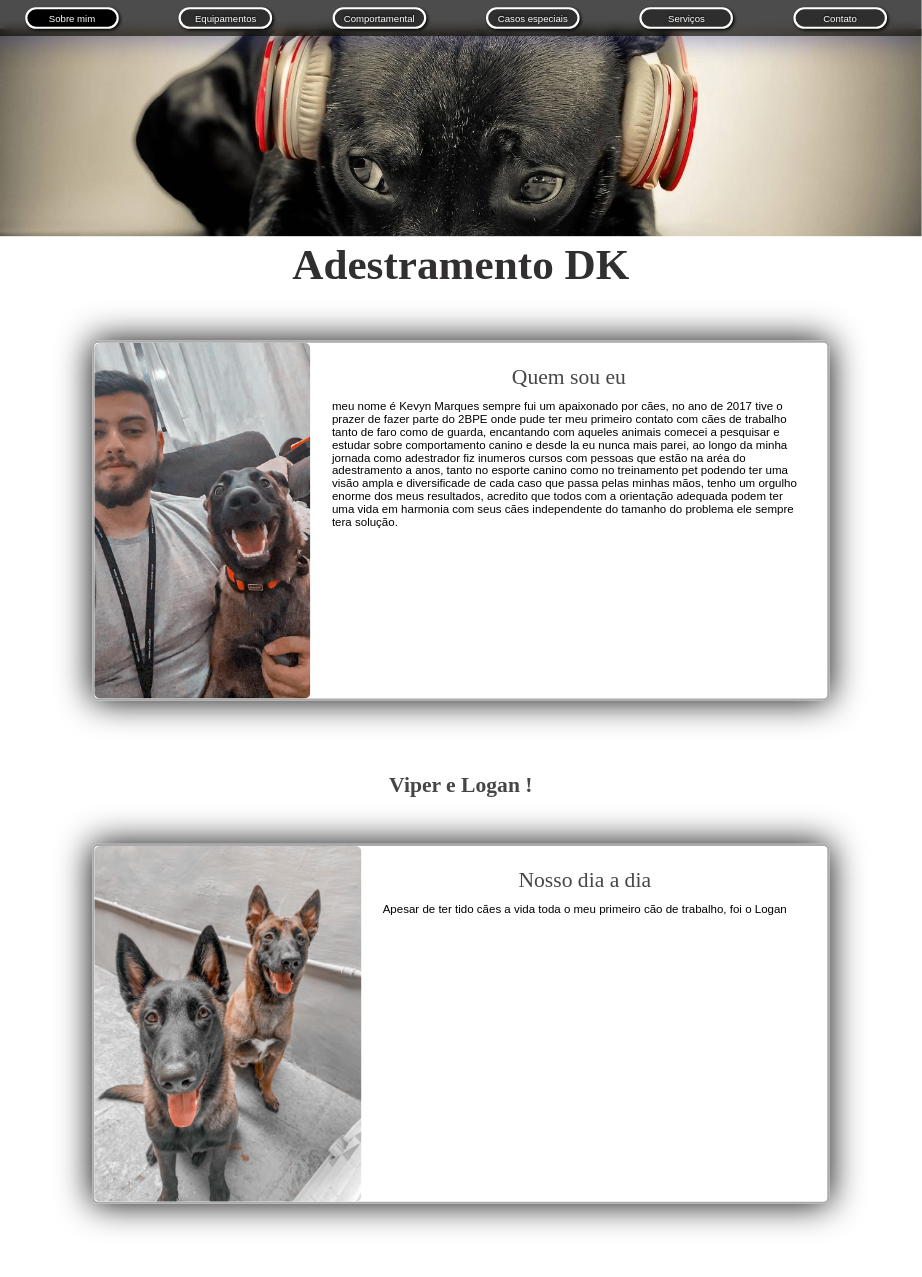
Repository: KevynMarques/Blog-React-StyledComponent
Page: /
These files come from the project's save history. The page is drawn as it stood at one moment and after the next save; the edit follows.
The browser window is 1280 px wide. The pictures show the whole page, at 72% of full size.
The project was rebuilt for these pictures with package versions that can differ from the ones it lists, and the page was loaded fresh each time. Also part of the build but not shown: src/Components/Equipamentos/index.jsx, src/Components/Comportamental/index.jsx, src/Components/Clientes/index.jsx, src/Components/Serviços/index.jsx, src/Components/Contato/index.jsx.

Above is the page before, as saved 2022-02-21 12:00:32.

After the next save:
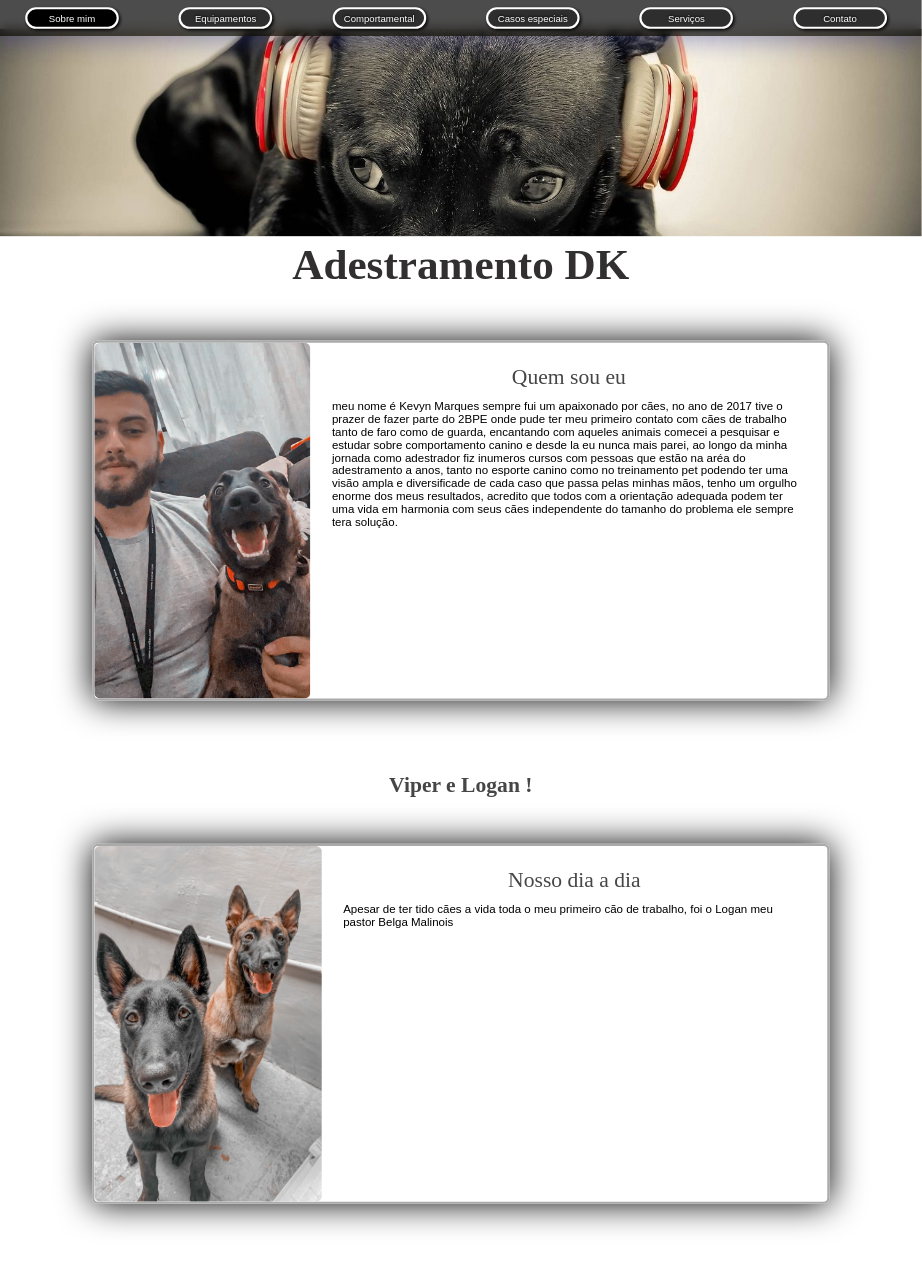
Saved 87 min 37 s later.
--- a/src/Components/Sobre/index.jsx
+++ b/src/Components/Sobre/index.jsx
@@ -42,7 +42,7 @@ export default () => {
        </ContainerIMG>
        <Info>
        <TitleInfo>Nosso dia a dia</TitleInfo>
-       Apesar de ter tido cães a vida toda o meu primeiro cão de trabalho, foi o Logan
+       Apesar de ter tido cães a vida toda o meu primeiro cão de trabalho, foi o Logan meu pastor Belga Malinois
        </Info>
       </ContainerBox>
 </>
